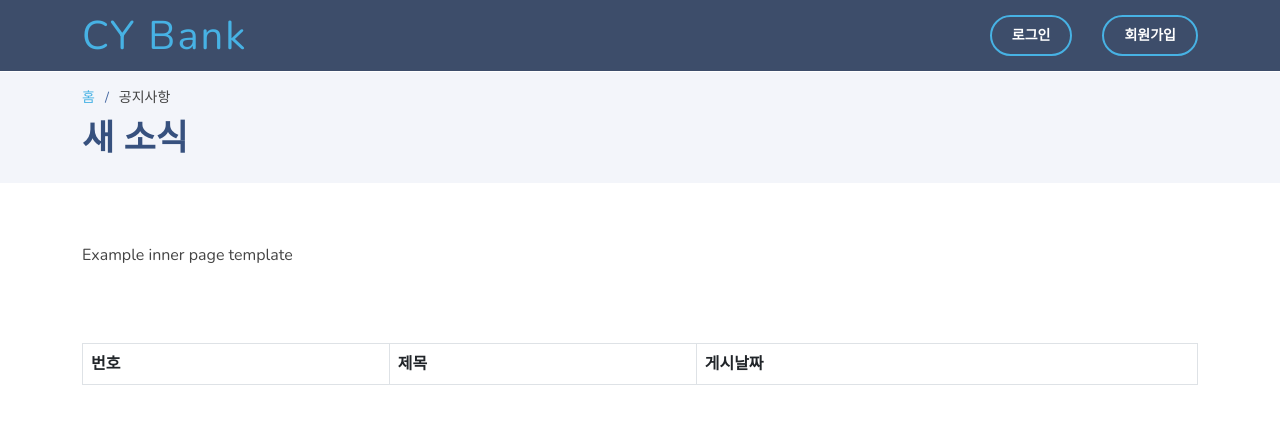
Repository: scy0814/Spring
Page: http://localhost/CYBank/jsp/notice/Notice.jsp
The author's editor kept a copy of each file at every save. The page is drawn from the files as they stood at one save, then again after the next save.
The browser window is 1280 px wide. The pictures show the whole page.
The page is served by Tomcat 9. Other server files are loaded and not shown.

Above is the page before, as saved 2023-06-27 01:46:35.

### CYBank/src/main/webapp/jsp/notice/Notice.jsp
<%@ page language="java" contentType="text/html; charset=UTF-8"
    pageEncoding="UTF-8"%>
    <%@ taglib uri="http://java.sun.com/jsp/jstl/core" prefix="c"%>
<!DOCTYPE html>
<html>
<head>
<meta charset="UTF-8">

 <!-- Favicons -->
  <link href="assets/img/favicon.png" rel="icon">
  <link href="assets/img/apple-touch-icon.png" rel="apple-touch-icon">

  <!-- Google Fonts -->
  <link href="https://fonts.googleapis.com/css?family=Open+Sans:300,300i,400,400i,600,600i,700,700i|Nunito:300,300i,400,400i,600,600i,700,700i|Poppins:300,300i,400,400i,500,500i,600,600i,700,700i" rel="stylesheet">

  <!-- Vendor CSS Files -->
  <link href="/CYBank/css/vendor/aos/aos.css" rel="stylesheet">
  <link href="/CYBank/css/vendor/bootstrap/css/bootstrap.min.css" rel="stylesheet">
  <link href="/CYBank/css/vendor/bootstrap-icons/bootstrap-icons.css" rel="stylesheet">
  <link href="/CYBank/css/vendor/glightbox/css/glightbox.min.css" rel="stylesheet">
  <link href="/CYBank/css/vendor/remixicon/remixicon.css" rel="stylesheet">
  <link href="/CYBank/css/vendor/swiper/swiper-bundle.min.css" rel="stylesheet">

  <!-- Template Main CSS File -->
  <link href="/CYBank/css/css/style.css" rel="stylesheet">
<title>Insert title here</title>

</head>

<body>
<header>
<jsp:include page="/jsp/include/header.jsp" />
</header>
<section id="breadcrumbs" class="breadcrumbs">
      <div class="container">

        <ol>
          <li><a href="index.html">홈</a></li>
          <li>공지사항</li>
        </ol>
        <h2 style="font-size : 35px;">새 소식</h2>

      </div>
    </section><!-- End Breadcrumbs -->

    <section class="inner-page">
      <div class="container">
        <p>
          Example inner page template
        </p>
      </div>
    </section>
 <div class="container">
        <table class="table table-striped table-bordered">
            <thead class="thead-light">
                <tr>
                    <th>번호</th>
                    <th>제목</th>
                    <th>게시날짜</th>
                </tr>
            </thead>
            <tbody>
                <c:forEach var="notice" items="${noticeList}">
                    <tr>
                        <td>${notice.n_no}</td>
                        <td><a href="${pageContext.request.contextPath}/getNotice.do?n_no=${notice.n_no}">${notice.n_title}</a></td>
                        <td>${notice.n_date}</td>
                    </tr>
                </c:forEach>
            </tbody>
        </table>
        <br/>
    </div>
     <!-- Vendor JS Files -->
  <script src="/CYBank/css/vendor/purecounter/purecounter_vanilla.js"></script>
  <script src="/CYBank/css/vendor/aos/aos.js"></script>
  <script src="/CYBank/css/vendor/bootstrap/js/bootstrap.bundle.min.js"></script>
  <script src="/CYBank/css/vendor/glightbox/js/glightbox.min.js"></script>
  <script src="/CYBank/css/vendor/isotope-layout/isotope.pkgd.min.js"></script>
  <script src="/CYBank/css/vendor/swiper/swiper-bundle.min.js"></script>
  <script src="/CYBank/css/vendor/php-email-form/validate.js"></script>

  <!-- Template Main JS File -->
  <script src="/CYBank/css/js/main.js"></script>
</body>
</html>

### CYBank/src/main/webapp/jsp/include/header.jsp
<%@ page language="java" contentType="text/html; charset=UTF-8"
    pageEncoding="UTF-8"%>
    <%@ taglib prefix="c" uri="http://java.sun.com/jsp/jstl/core"%>
<!DOCTYPE html>
<html>
<head>
<meta charset="UTF-8">
 <!-- Favicons -->
  <link href="assets/img/favicon.png" rel="icon">
  <link href="assets/img/apple-touch-icon.png" rel="apple-touch-icon">


  <!-- Google Fonts -->
  <link href="https://fonts.googleapis.com/css?family=Open+Sans:300,300i,400,400i,600,600i,700,700i|Nunito:300,300i,400,400i,600,600i,700,700i|Poppins:300,300i,400,400i,500,500i,600,600i,700,700i" rel="stylesheet">

  <!-- Vendor CSS Files -->
  <link href="/CYBank/css/vendor/aos/aos.css" rel="stylesheet">
  <link href="/CYBank/css/vendor/bootstrap/css/bootstrap.min.css" rel="stylesheet">
  <link href="/CYBank/css/vendor/bootstrap-icons/bootstrap-icons.css" rel="stylesheet">
  <link href="/CYBank/css/vendor/glightbox/css/glightbox.min.css" rel="stylesheet">
  <link href="/CYBank/css/vendor/remixicon/remixicon.css" rel="stylesheet">
  <link href="/CYBank/css/vendor/swiper/swiper-bundle.min.css" rel="stylesheet">

  <!-- Template Main CSS File -->
  <link href="/CYBank/css/css/style.css" rel="stylesheet">
  <style>
  .fixed-top {
    position: fixed;
    z-index: 1030;
    background: #283a5ae6;
    top: 0;
    right: 0;
    left: 0;
}
  </style>

<title>Insert title here</title>
</head>
<body>
<!-- ======= Header ======= -->
  <header id="header" class="header fixed-top">
    <div class="container-fluid container-xl d-flex align-items-center justify-content-between">

      <a href="index.jsp" class="logo d-flex align-items-center">
        <span class="cybank">CY Bank</span>
      </a>
		<c:set var="isLogin" value="${empty user }" />
      <nav id="navbar" class="navbar">
        <ul>
        <c:if test="${not empty user}">
          <li><a class="nav-link scrollto active" href="index.jsp">홈</a></li>
          <li><a class="nav-link scrollto" href="${pageContext.request.contextPath }/noticeList.do">공지사항</a></li>
          <li><a class="nav-link scrollto" href="#about">오픈뱅킹</a></li>
           <li class="dropdown"><a href="${pageContext.request.contextPath }/account.do"><span>계좌</span> <i class="bi bi-chevron-down"></i></a>
            <ul>
              <li><a href="${pageContext.request.contextPath}/account.do">나의 계좌</a></li>
              <li><a href="${pageContext.request.contextPath}/createAccount.do">계좌 개설</a></li>
              <li><a href="${pageContext.request.contextPath}/transactionHistory.do">입출금 내역</a></li>
              <li><a href="${pageContext.request.contextPath}/closeAccount.do">계좌 해지</a></li>
            </ul>
          </li>
          <li><a class="nav-link scrollto" href="${pageContext.request.contextPath }/myPage.do">마이페이지</a></li>
          <li><a class="nav-link scrollto" href="${pageContext.request.contextPath }/customerCenter.do">고객센터</a></li>
          <li><a class="nav-link scrollto" href="${pageContext.request.contextPath }/logout.do">로그아웃</a></li>
          </c:if>
		<c:if test="${empty user}">
          <li><a class="getstarted scrollto" href="${pageContext.request.contextPath }/login.do">로그인</a></li>
          <li><a class="getstarted scrollto" href="${pageContext.request.contextPath }/signup.do">회원가입</a></li>
          </c:if>
        </ul>
        <i class="bi bi-list mobile-nav-toggle"></i>
      </nav><!-- .navbar -->

    </div>
  </header><!-- End Header -->
  <!-- Vendor JS Files -->
  <script src="/CYBank/css/vendor/purecounter/purecounter_vanilla.js"></script>
  <script src="/CYBank/css/vendor/aos/aos.js"></script>
  <script src="/CYBank/css/vendor/bootstrap/js/bootstrap.bundle.min.js"></script>
  <script src="/CYBank/css/vendor/glightbox/js/glightbox.min.js"></script>
  <script src="/CYBank/css/vendor/isotope-layout/isotope.pkgd.min.js"></script>
  <script src="/CYBank/css/vendor/swiper/swiper-bundle.min.js"></script>
  <script src="/CYBank/css/vendor/php-email-form/validate.js"></script>

  <!-- Template Main JS File -->
  <script src="/CYBank/css/js/main.js"></script>

</body>
</html>

Loaded but not shown: CYBank/src/main/webapp/css/js/main.js (258 lines, source omitted); CYBank/src/main/webapp/css/css/style.css (1830 lines, source omitted)

After the next save:
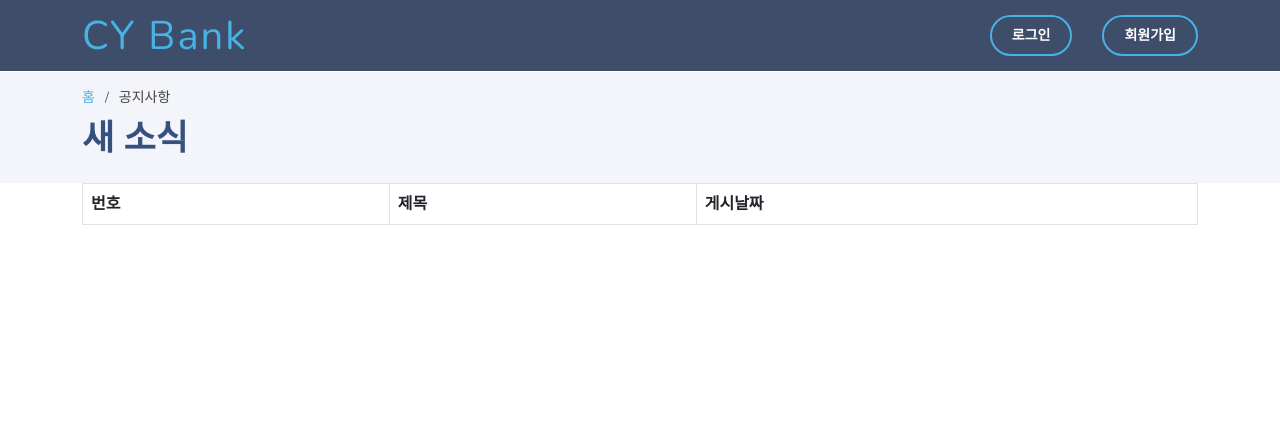
Saved 16 s later.
--- a/CYBank/src/main/webapp/jsp/notice/Notice.jsp
+++ b/CYBank/src/main/webapp/jsp/notice/Notice.jsp
@@ -43,13 +43,7 @@
       </div>
     </section><!-- End Breadcrumbs -->
 
-    <section class="inner-page">
-      <div class="container">
-        <p>
-          Example inner page template
-        </p>
-      </div>
-    </section>
+
  <div class="container">
         <table class="table table-striped table-bordered">
             <thead class="thead-light">

After the save that followed:
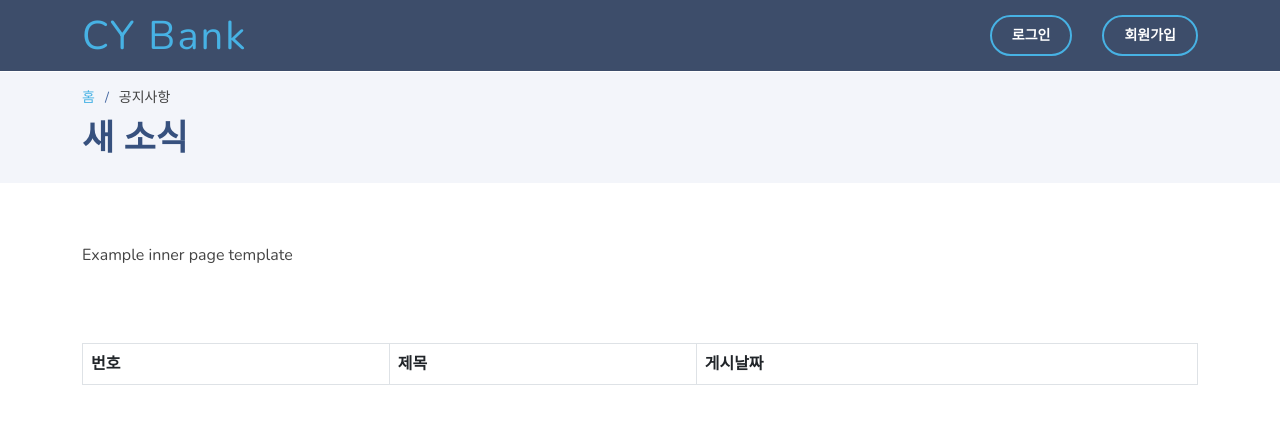
Saved 7 s later.
--- a/CYBank/src/main/webapp/jsp/notice/Notice.jsp
+++ b/CYBank/src/main/webapp/jsp/notice/Notice.jsp
@@ -43,7 +43,13 @@
       </div>
     </section><!-- End Breadcrumbs -->
 
-
+    <section class="inner-page">
+      <div class="container">
+        <p>
+          Example inner page template
+        </p>
+      </div>
+    </section>
  <div class="container">
         <table class="table table-striped table-bordered">
             <thead class="thead-light">
